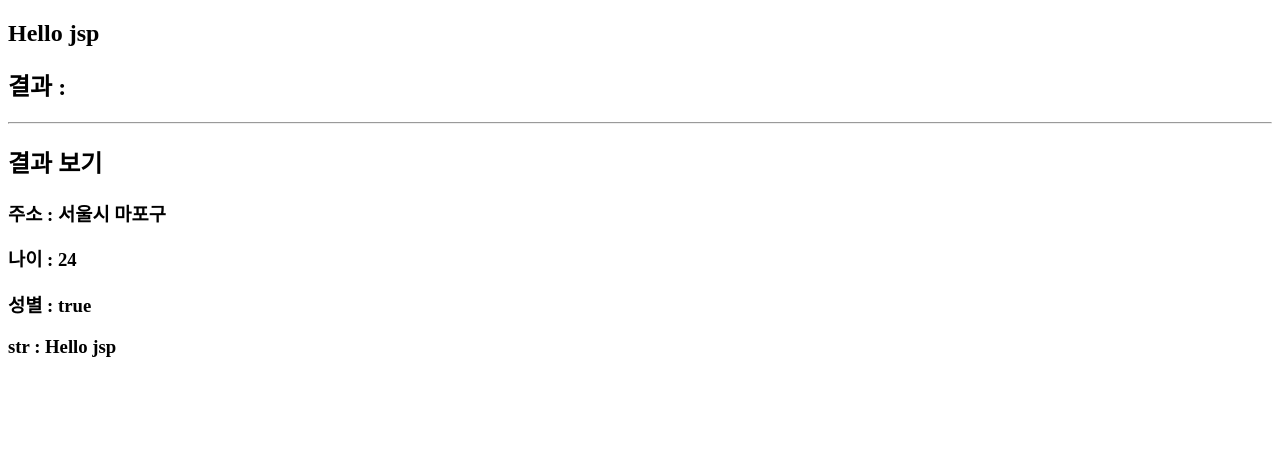
Repository: hagjun/jspstudy
Page: http://localhost/01_servlet/jsp/ex05_pageContext.jsp
The author's editor kept a copy of each file at every save. The page is drawn from the files as they stood at one save, then again after the next save.
The browser window is 1280 px wide. The pictures show the whole page.
The page is served by Tomcat 9.

Above is the page before, as saved 2024-03-06 07:53:06.

After the next save:
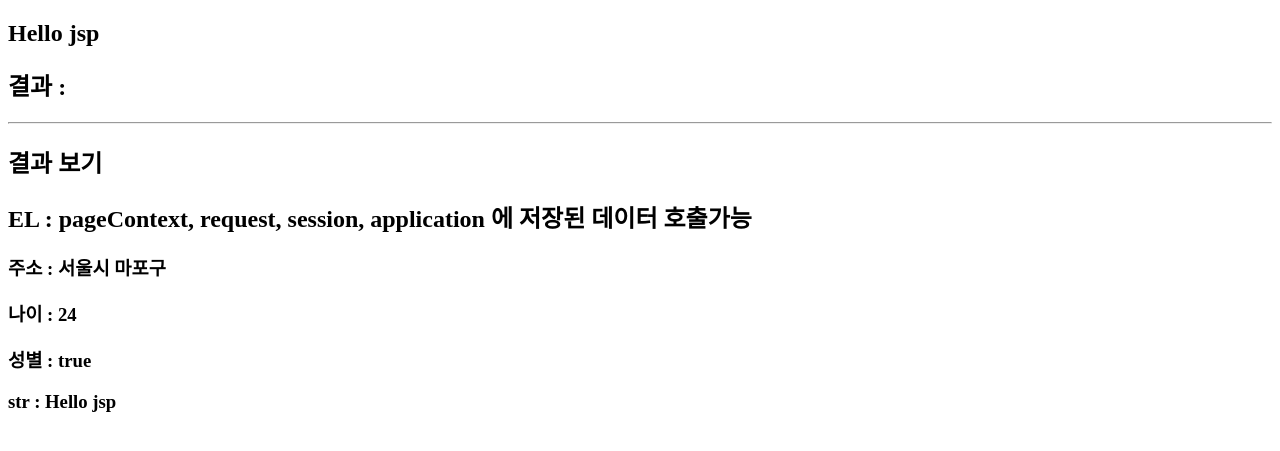
Saved 48 s later.
--- a/01_servlet/src/main/webapp/jsp/ex05_pageContext.jsp
+++ b/01_servlet/src/main/webapp/jsp/ex05_pageContext.jsp
@@ -39,6 +39,7 @@
     	pageContext.setAttribute("str", "Hello jsp");
     %>
 	<h2>결과 보기</h2>
+	<h2>EL : pageContext, request, session, application 에 저장된 데이터 호출가능</h2>
 	<h3>주소 : ${addr }</h3>
 	<h3>나이 : ${age }</h3>
 	<h3>성별 : ${gender }</h3>
